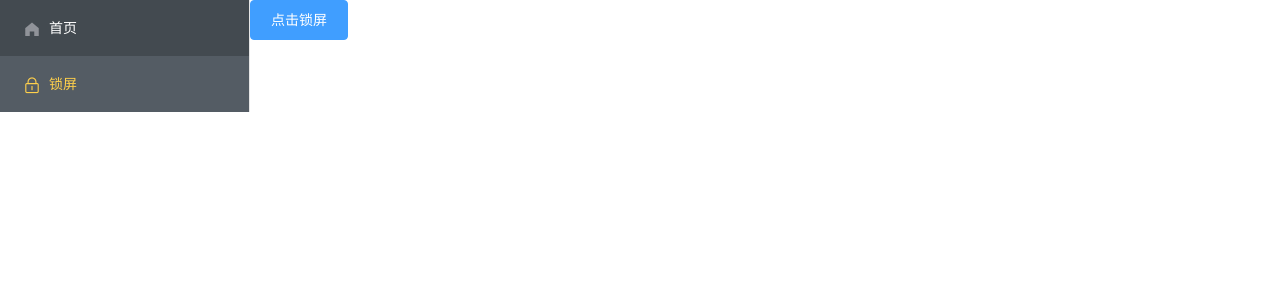
Repository: wujingwenwu/-vue-2.0
Page: /lockScreen
These files come from the project's save history. The page is drawn as it stood at one moment and after the next save; the edit follows.
The browser window is 1280 px wide. The pictures show the whole page.
The project was rebuilt for these pictures with package versions that can differ from the ones it lists, and the page was loaded fresh each time. Also part of the build but not shown: src/views/Home.vue.

Above is the page before, as saved 2020-09-30 08:43:12.

After the next save:
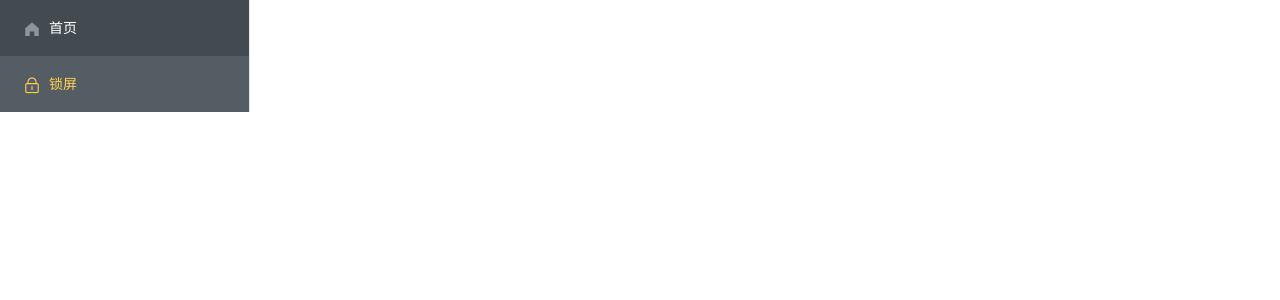
Saved 104 s later.
--- a/src/components/w-lockScreen/w-lockScreen.vue
+++ b/src/components/w-lockScreen/w-lockScreen.vue
@@ -1,6 +1,6 @@
 <template>
  <div>
-<el-button type="primary" @click="screen">点击锁屏</el-button>
+
  <el-dialog
   title="提示"
   :visible.sync="dialogVisible"

After the save that followed:
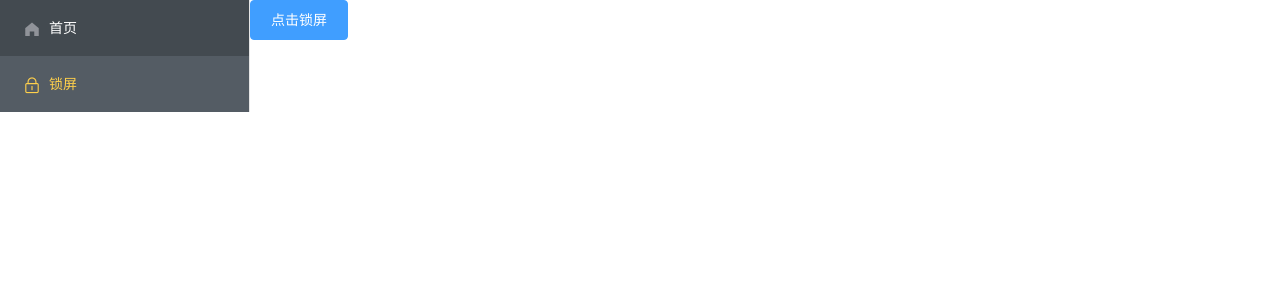
Saved 5 min 44 s later.
--- a/src/components/w-lockScreen/w-lockScreen.vue
+++ b/src/components/w-lockScreen/w-lockScreen.vue
@@ -1,6 +1,6 @@
 <template>
  <div>
-
+<el-button type="primary" @click="screen">点击锁屏</el-button>
  <el-dialog
   title="提示"
   :visible.sync="dialogVisible"
